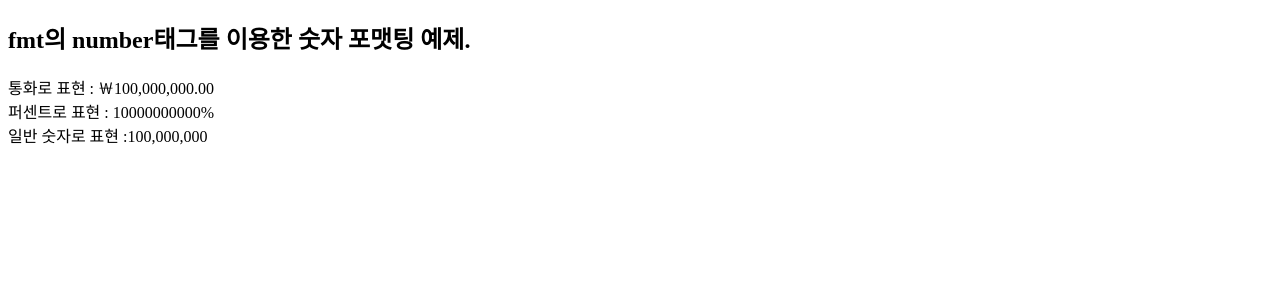
Repository: leehojun95/HJ-Developer
Page: http://localhost/webShop/sec14/test04/fomatTest.jsp
An editor plug-in stored every save of this project. The page is shown before and after the next save, followed by the edit.
The browser window is 1280 px wide. The pictures show the whole page.
The page is served by Tomcat 9.

Above is the page before, as saved 2024-04-25 07:25:08.

After the next save:
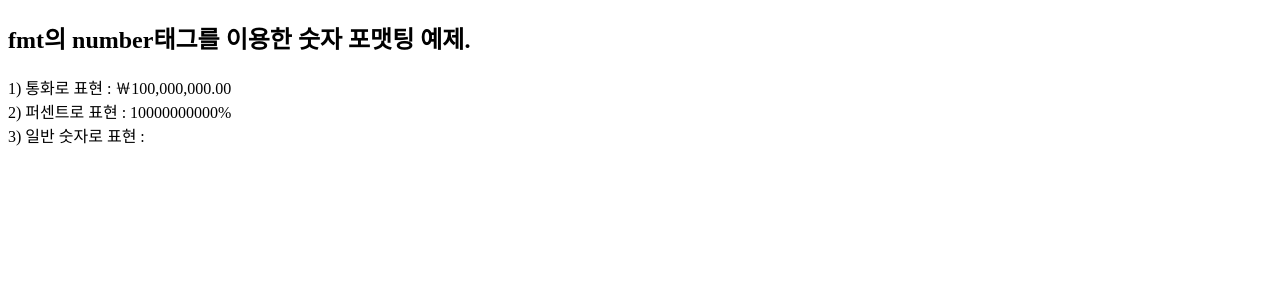
Saved 5 min 29 s later.
--- a/webShop/src/main/webapp/sec14/test04/fomatTest.jsp
+++ b/webShop/src/main/webapp/sec14/test04/fomatTest.jsp
@@ -12,11 +12,11 @@
 <body>
 <h2>fmt의 number태그를 이용한 숫자 포맷팅 예제.</h2>
 <c:set var="price" value="100000000" />
+1) 통화로 표현 :
+<fmt:formatNumber type="currency" currencySymbol="￦" value="${price }" groupingUsed="true" /><br>
+2) 퍼센트로 표현 :
+<fmt:formatNumber value="${price }" type="percent" groupingUsed="false" /><br>
+3) 일반 숫자로 표현 :${priceNumber }<br>
 <fmt:formatNumber value="${price }" type="number" var="priceNumber" />
-통화로 표현 :
-<fmt:formatNumber type="currency" currencySymbol="￦" value="${price }" groupingUsed="true" /><br>
-퍼센트로 표현 :
-<fmt:formatNumber value="${price }" type="percent" groupingUsed="false" /><br>
-일반 숫자로 표현 :${priceNumber }<br>
 </body>
 </html>
